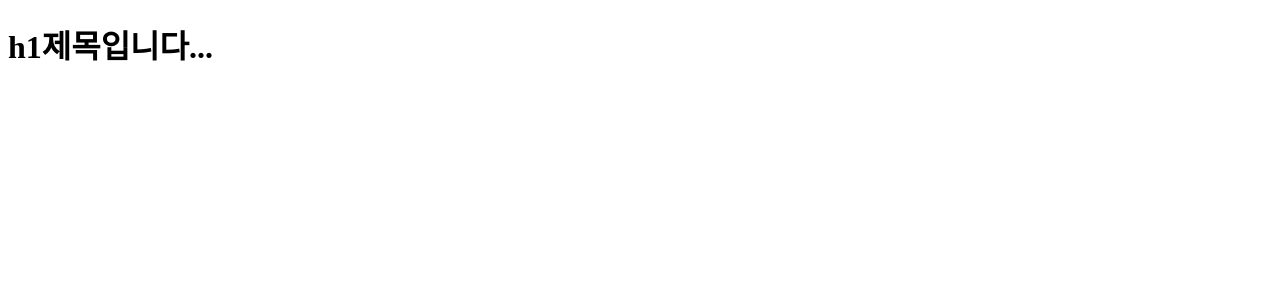
Repository: blinggg/html_git
Page: 0406/ex0406/WebContent/ex01.html
An editor plug-in stored every save of this project. The page is shown before and after the next save, followed by the edit.
The browser window is 1280 px wide. The pictures show the whole page.

Above is the page before, as saved 2020-04-06 00:10:27.

### 0406/ex0406/WebContent/ex01.html
<!DOCTYPE html>
<html>
<head>
<meta charset="UTF-8">
<title>Insert title here</title>
</head>

<body>
	 <h1>h1제목입니다...</h1>

</body>
</html>

After the next save:
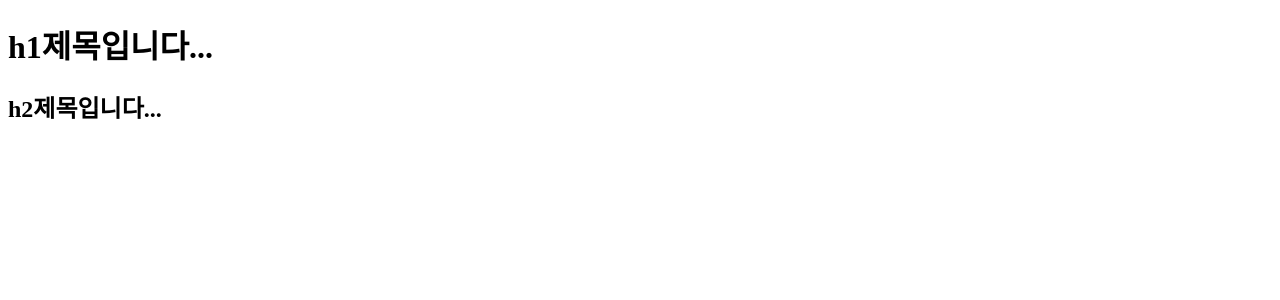
Saved 2 min 14 s later.
--- a/0406/ex0406/WebContent/ex01.html
+++ b/0406/ex0406/WebContent/ex01.html
@@ -7,6 +7,7 @@
 
 <body>
 	 <h1>h1제목입니다...</h1>
+	 <h2>h2제목입니다...</h2>
 
 </body>
 </html>
